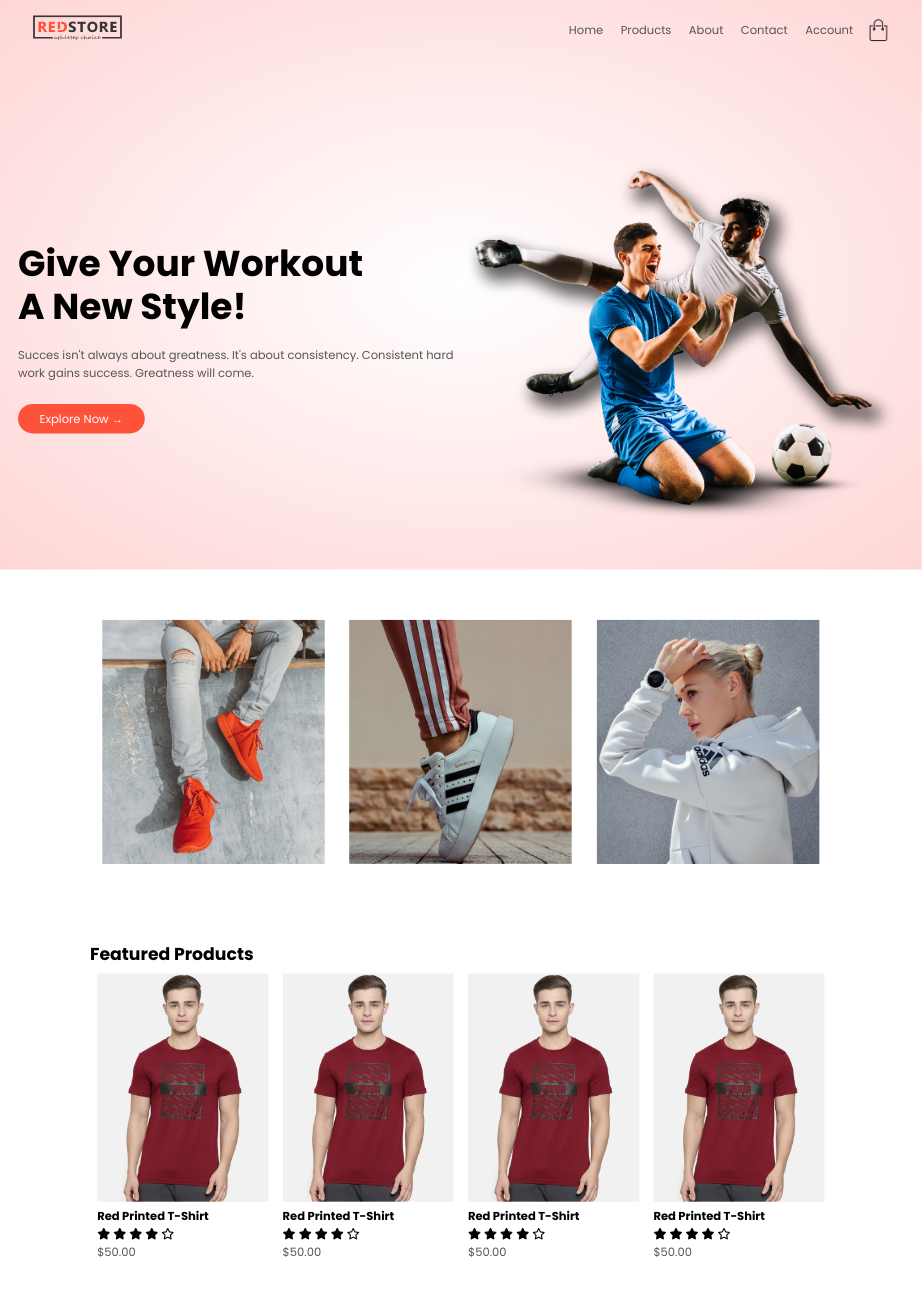
Repository: datvu1608/redsportstore
Page: index.html
These files come from the project's save history. The page is drawn as it stood at one moment and after the next save; the edit follows.
The browser window is 1280 px wide. The pictures show the whole page, at 72% of full size.

Above is the page before, as saved 2023-11-22 23:35:25.

### index.html
<!DOCTYPE html>
<html lang="en">
  <head>
    <meta charset="UTF-8" />
    <meta name="viewport" content="width=device-width, initial-scale=1.0" />
    <title>Restore | Ecommerce Website Design</title>
    <link
      href="https://fonts.googleapis.com/css2?family=Poppins:wght@300;400;500;600;700&display=swap"
      rel="stylesheet"
    />
    <link
      rel="stylesheet"
      href="https://cdnjs.cloudflare.com/ajax/libs/font-awesome/6.4.2/css/all.min.css"
    />
    <link rel="stylesheet" href="./styles.css" />
  </head>
  <body>
    <div class="header">
      <div class="container">
        <div class="navbar">
          <div class="logo">
            <img src="./images/logo.png" alt="" width="125px" />
          </div>
          <nav>
            <ul>
              <li>
                <a href="#">Home</a>
              </li>
              <li>
                <a href="#">Products</a>
              </li>
              <li>
                <a href="#">About</a>
              </li>
              <li>
                <a href="#">Contact</a>
              </li>
              <li>
                <a href="#">Account</a>
              </li>
            </ul>
          </nav>
          <img
            src="./images/cart.png"
            width="30px"
            height="30px"
            alt="cart-icon"
          />
        </div>
        <div class="row">
          <div class="col-2">
            <h1>Give Your Workout <br />A New Style!</h1>
            <p>
              Succes isn't always about greatness. It's about consistency.
              Consistent hard work gains success. Greatness will come.
            </p>
            <a href="" class="btn">Explore Now &#8594;</a>
          </div>
          <div class="col-2">
            <img src="./images/image1.png" alt="" />
          </div>
        </div>
      </div>
    </div>
    <!-- featured categories -->
    <div class="categories">
      <div class="small-container">
        <div class="row">
          <div class="col-3">
            <img src="./images/category-1.jpg" alt="" />
          </div>
          <div class="col-3">
            <img src="./images/category-2.jpg" alt="" />
          </div>
          <div class="col-3">
            <img src="./images/category-3.jpg" alt="" />
          </div>
        </div>
      </div>
    </div>
    <!-- featured-products -->
    <div class="small-container">
      <h2>Featured Products</h2>
      <div class="row">
        <div class="col-4">
          <img src="./images/product-1.jpg" alt="" />
          <h4>Red Printed T-Shirt</h4>
          <div class="rating">
            <i class="fa-solid fa-star"></i>
            <i class="fa-solid fa-star"></i>
            <i class="fa-solid fa-star"></i>
            <i class="fa-solid fa-star"></i>
            <i class="fa-regular fa-star"></i>
          </div>
          <p>$50.00</p>
        </div>
        <div class="col-4">
          <img src="./images/product-1.jpg" alt="" />
          <h4>Red Printed T-Shirt</h4>
          <div class="rating">
            <i class="fa-solid fa-star"></i>
            <i class="fa-solid fa-star"></i>
            <i class="fa-solid fa-star"></i>
            <i class="fa-solid fa-star"></i>
            <i class="fa-regular fa-star"></i>
          </div>
          <p>$50.00</p>
        </div>
        <div class="col-4">
          <img src="./images/product-1.jpg" alt="" />
          <h4>Red Printed T-Shirt</h4>
          <div class="rating">
            <i class="fa-solid fa-star"></i>
            <i class="fa-solid fa-star"></i>
            <i class="fa-solid fa-star"></i>
            <i class="fa-solid fa-star"></i>
            <i class="fa-regular fa-star"></i>
          </div>
          <p>$50.00</p>
        </div>
        <div class="col-4">
          <img src="./images/product-1.jpg" alt="" />
          <h4>Red Printed T-Shirt</h4>
          <div class="rating">
            <i class="fa-solid fa-star"></i>
            <i class="fa-solid fa-star"></i>
            <i class="fa-solid fa-star"></i>
            <i class="fa-solid fa-star"></i>
            <i class="fa-regular fa-star"></i>
          </div>
          <p>$50.00</p>
        </div>
      </div>
    </div>
  </body>
</html>

### styles.css
* {
  margin: 0;
  padding: 0;
  box-sizing: border-box;
}
body {
  font-family: 'Poppins', sans-serif;
}
a {
  text-decoration: none;
}
.navbar {
  display: flex;
  align-items: center;
  padding: 20px;
}
nav {
  flex: 1;
  text-align: right;
}
nav ul {
  display: inline-block;
  list-style-type: none;
}
nav ul li {
  display: inline-block;
  margin-right: 20px;
}
nav ul li a {
  text-decoration: none;
  color: #555;
}

p {
  color: #555;
}
.container {
  max-width: 1300px;
  margin: auto;
  padding-left: 25px;
  padding-right: 25px;
}
.row {
  display: flex;
  align-items: center;
  flex-wrap: wrap;
  justify-content: space-around;
}
.col-2 {
  flex-basis: 50%;
  min-width: 300px;
}
.col-2 img {
  max-width: 100%;
  padding: 50px 0;
}
.col-2 h1 {
  font-size: 50px;
  line-height: 60px;
  margin: 25px 0;
}
.btn {
  display: inline-block;
  background: #ff523b;
  border-radius: 30px;
  color: #fff;
  padding: 8px 30px;
  margin: 30px 0;
  transition: 0.5s;
}
.btn:hover {
  background: #563434;
}
.header {
  background: radial-gradient(#fff, #ffd6d6);
}
.header .row {
  margin-top: 70px;
}

.categories {
  margin: 70px 0;
}
.col-3 {
  flex-basis: 30%;
  min-width: 250px;
  margin-bottom: 30px;
}
.col-3 img {
  width: 100%;
}
.small-container {
  max-width: 1080px;
  margin: auto;
  padding-left: 25px;
  padding-right: 25px;
}
.col-4 {
  flex-basis: 25%;
  padding: 10px;
  min-width: 200px;
  margin-bottom: 50px;
}
.col-4 img {
  width: 100%;
}

After the next save:
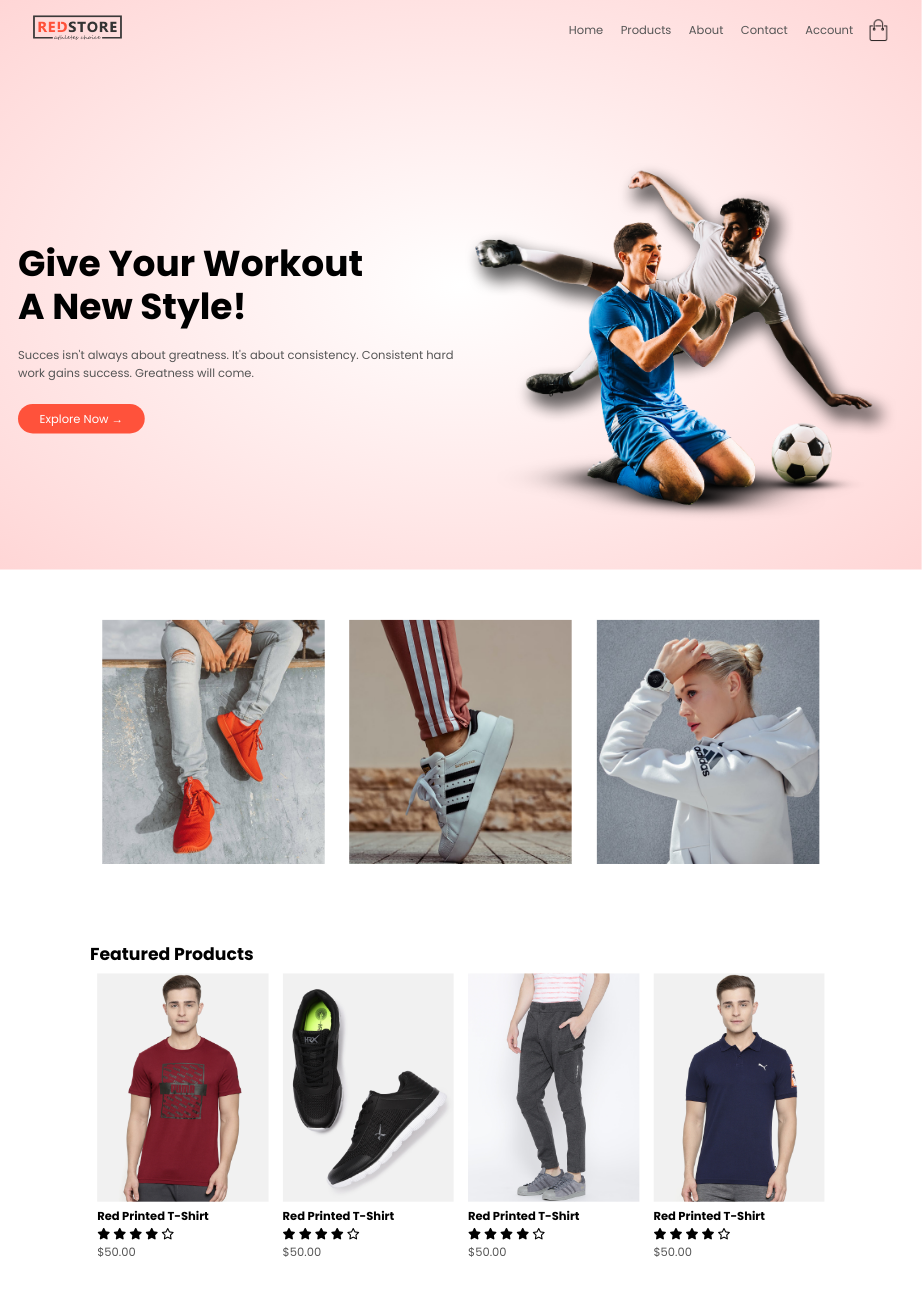
Saved 15 s later.
--- a/index.html
+++ b/index.html
@@ -95,7 +95,7 @@
           <p>$50.00</p>
         </div>
         <div class="col-4">
-          <img src="./images/product-1.jpg" alt="" />
+          <img src="./images/product-2.jpg" alt="" />
           <h4>Red Printed T-Shirt</h4>
           <div class="rating">
             <i class="fa-solid fa-star"></i>
@@ -107,7 +107,7 @@
           <p>$50.00</p>
         </div>
         <div class="col-4">
-          <img src="./images/product-1.jpg" alt="" />
+          <img src="./images/product-3.jpg" alt="" />
           <h4>Red Printed T-Shirt</h4>
           <div class="rating">
             <i class="fa-solid fa-star"></i>
@@ -119,7 +119,7 @@
           <p>$50.00</p>
         </div>
         <div class="col-4">
-          <img src="./images/product-1.jpg" alt="" />
+          <img src="./images/product-4.jpg" alt="" />
           <h4>Red Printed T-Shirt</h4>
           <div class="rating">
             <i class="fa-solid fa-star"></i>
